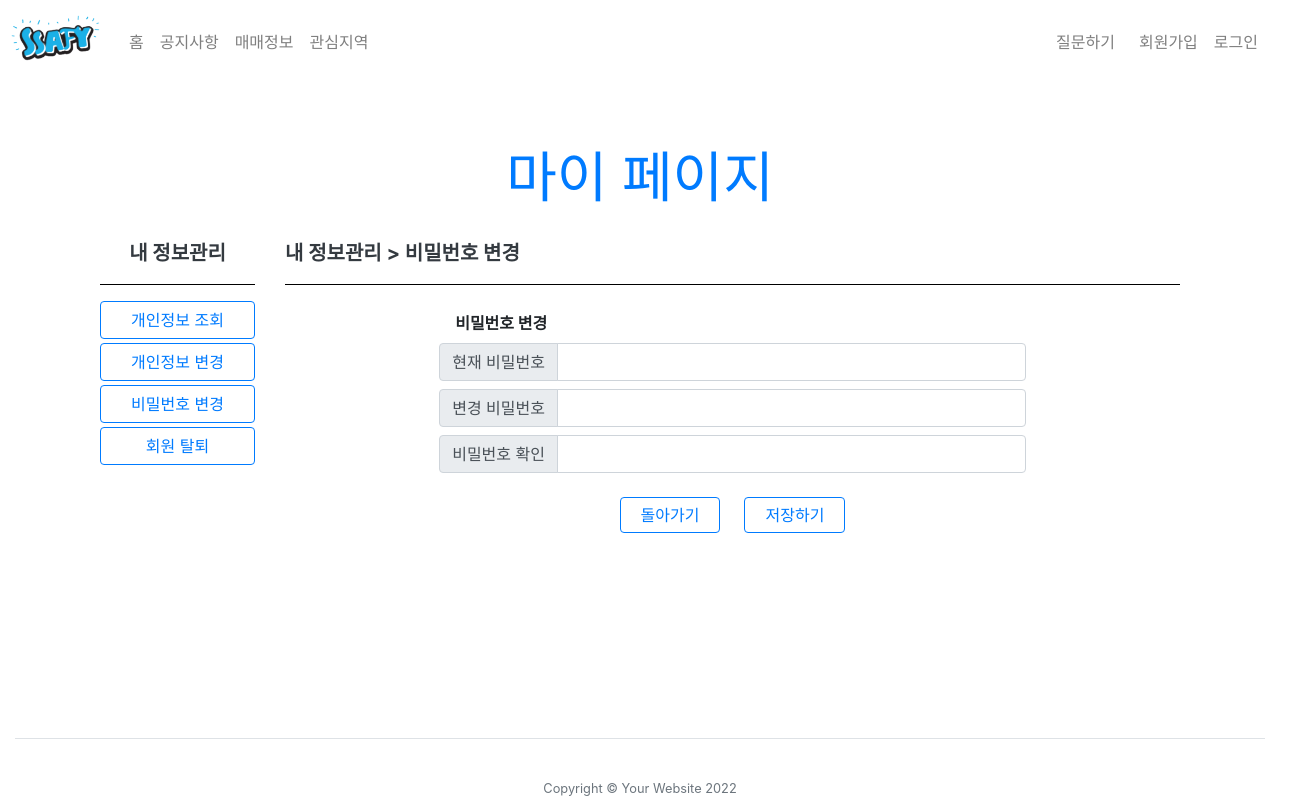
Repository: shinyoungjei/SSAFY_Final_PJT
Page: /user/mypage (app in front/)
These files come from the project's save history. The page is drawn as it stood at one moment and after the next save; the edit follows.
The browser window is 1280 px wide. The page is 1290 px wide, so the pictures cover 1290 px, including what lies to the right of the window. The pictures show the whole page.
The project was rebuilt for these pictures with package versions that can differ from the ones it lists, and the page was loaded fresh each time. Also part of the build but not shown: front/vue.config.js, front/src/views/HomeView.vue, front/src/views/AreaView.vue. Imported but missing from the stored project, and not drawn on this page: front/happyhouse/src/components/faq/QuestionChatItem.

Above is the page before, as saved 2022-05-25 20:46:11.

After the next save:
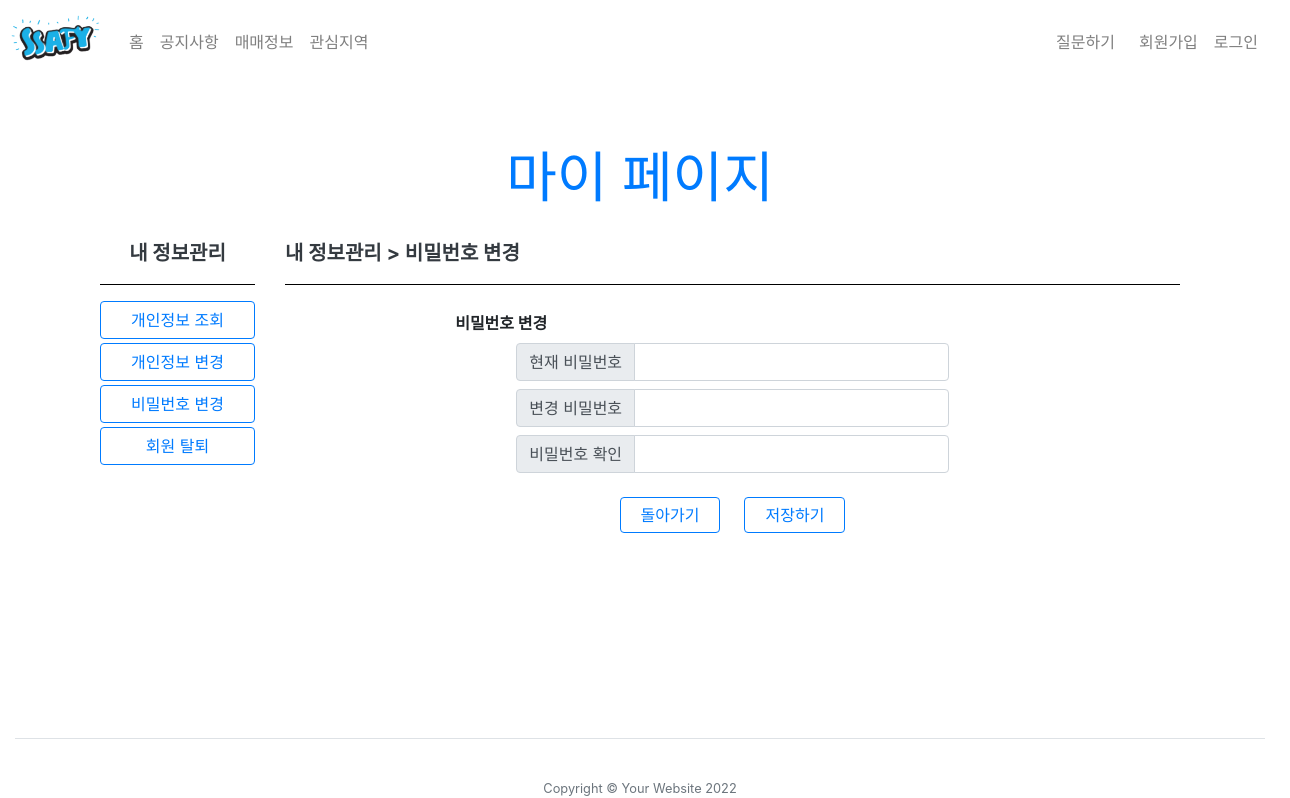
Saved 36 s later.
--- a/front/src/components/user/UserMyPage.vue
+++ b/front/src/components/user/UserMyPage.vue
@@ -290,7 +290,7 @@
             </b-row>
 
             <b-row>
-              <b-col cols="2"></b-col>
+              <b-col cols="3"></b-col>
               <b-col>
                 <b-input-group class="mt-2">
                   <b-input-group-prepend is-text>
@@ -303,11 +303,11 @@
                   />
                 </b-input-group>
               </b-col>
-              <b-col cols="2"></b-col>
-            </b-row>
-
-            <b-row>
-              <b-col cols="2"></b-col>
+              <b-col cols="3"></b-col>
+            </b-row>
+
+            <b-row>
+              <b-col cols="3"></b-col>
               <b-col>
                 <b-input-group class="mt-2">
                   <b-input-group-prepend is-text>
@@ -320,11 +320,11 @@
                   />
                 </b-input-group>
               </b-col>
-              <b-col cols="2"></b-col>
-            </b-row>
-
-            <b-row>
-              <b-col cols="2"></b-col>
+              <b-col cols="3"></b-col>
+            </b-row>
+
+            <b-row>
+              <b-col cols="3"></b-col>
               <b-col>
                 <b-input-group class="mt-2">
                   <b-input-group-prepend is-text>
@@ -337,7 +337,7 @@
                   />
                 </b-input-group>
               </b-col>
-              <b-col cols="2"></b-col>
+              <b-col cols="3"></b-col>
             </b-row>
 
             <b-row class="mt-4">
@@ -383,7 +383,7 @@
               <b-col></b-col>
             </b-row>
             <b-row>
-              <b-col cols="2"></b-col>
+              <b-col cols="3"></b-col>
               <b-col>
                 <b-input-group class="mt-2">
                   <b-input-group-prepend is-text>
@@ -396,7 +396,7 @@
                   />
                 </b-input-group>
               </b-col>
-              <b-col cols="2"></b-col>
+              <b-col cols="3"></b-col>
             </b-row>
             <b-row class="mt-4">
               <b-col></b-col>
